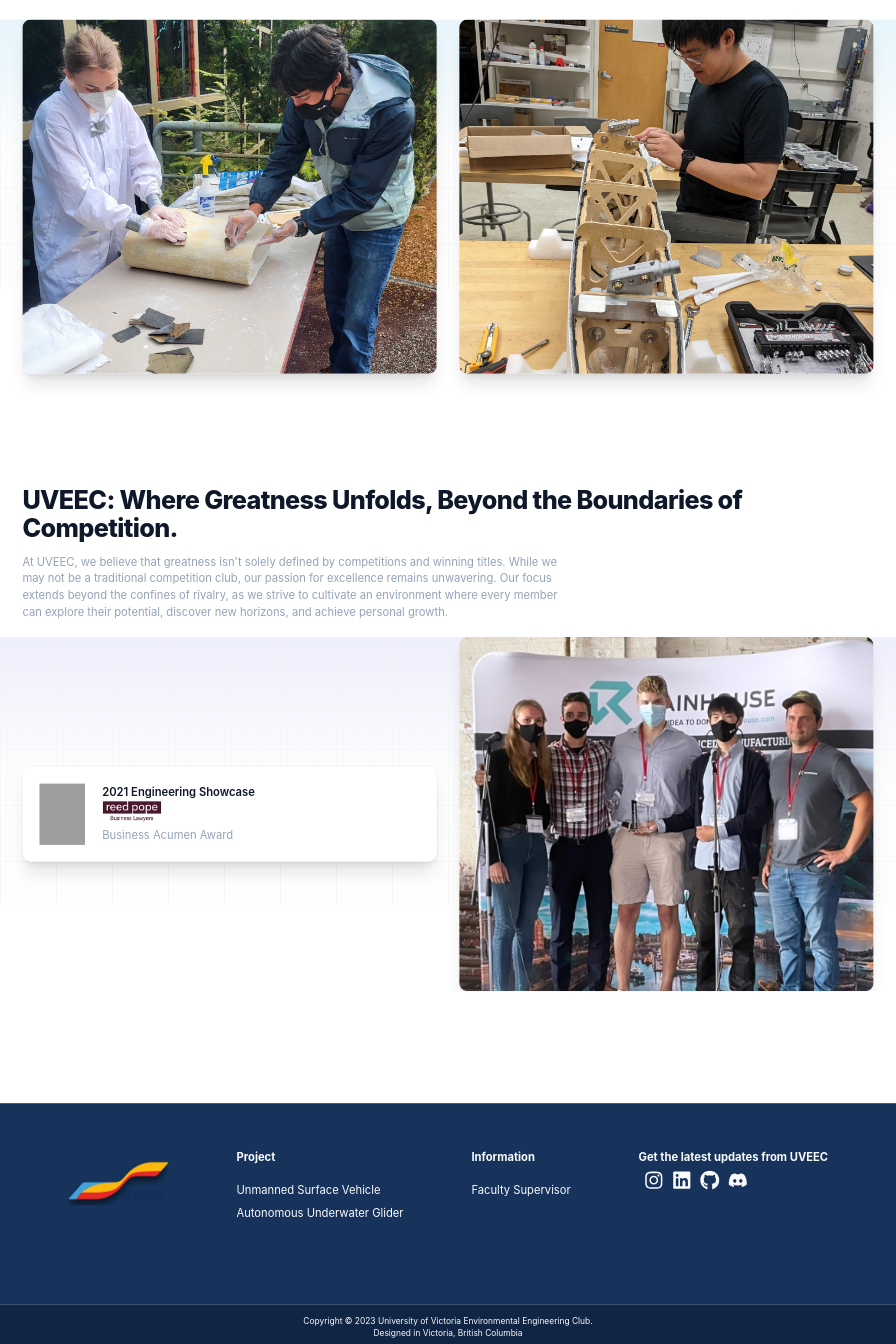
Repository: markaxelus/uveec-website
Page: /
An editor plug-in stored every save of this project. The page is shown before and after the next save, followed by the edit.
The browser window is 1280 px wide. The pictures show the part of the page from y = 1160 to 3080 px (the page is 3080 px tall before and 3064 px after), at 70% of full size.
Pictures or frames that could not be fetched are drawn as grey boxes. The project was rebuilt for these pictures with package versions that can differ from the ones it lists, and the page was loaded fresh each time. The framework's server and built-in components were replaced by stand-ins that run in the browser. Also part of the build but not shown: next.config.js, src/components/molecules/ProfileCard.tsx.

Above is the page before, as saved 2024-06-08 23:08:25.

### pages/index.tsx
import Head from "next/head";
import Link from "next/link";
import Image from "next/image";
import type { NextPage } from "next";
import {
  HeroBanner,
  SponsorMarquee,
} from "../src/components/molecules";
import { BaseLayout } from "../src/Layout/BaseLayout";
import { FaAngleRight } from "react-icons/fa";

const Home: NextPage = () => {
  return (
    <div>
      <Head>
        <title>University of Victoria Environmental Engineering Club</title>
        <link rel="canonical" href="https://uveec.ca" key="canonical" />
        <meta
          name="description"
          content="Our organization's primary purpose is to create out of the box
          engineering solutions to everyday environmental problems in the local
          Capital Regional District of Victoria, British Columbia."
        />
        <meta name="viewport" content="width=device-width, initial-scale=1.0" />
        <meta
          name="keywords"
          content="UVEEC, UVic Environmental Engineering, Environmental Engineering, Environment, Engineering, University of Victoria, Victoria"
        />
        <meta
          property="og:title"
          content="University of Victoria Environmental Engineering Club"
        />
        <meta property="og:url" content="https://uveec.ca" />
        <meta property="og:type" content="website" />
        <link rel="icon" href="/favicon.ico" />
      </Head>
      <BaseLayout>
        <HeroBanner />
        <SponsorMarquee />
        <main>
          <div className="pt-20 mb-20 space-y-20 overflow-hidden sm:pt-32 sm:mb-32 sm:space-y-32 md:pt-40 md:mb-40 md:space-y-40">

            <section id="team">
              <div className="max-w-7xl mx-auto px-4 sm:px-6 md:px-8">
                <p className="mt-4 text-3xl sm:text-4xl text-slate-900 font-extrabold tracking-tight dark:text-slate-50">
                  One of our club&apos;s main goals is to give student hands-on
                  engineering experience outside of their regular class work.
                </p>
                <p className="mt-4 max-w-3xl text-slate-400 space-y-6 ">
                  The flexible nature of our club allows us to focus on one
                  small-scale project of varying scope (6-36 months per
                  project). Our team works to innovate and develop
                  proof-of-concept solutions that can foster innovative
                  solutions to environmental problems.
                </p>
                <Link href="/about" passHref>
                  <a className="group inline-flex items-center h-9 rounded-full text-sm font-semibold whitespace-nowrap px-3 focus:outline-none focus:ring-2 bg-sky-50 text-sky-600 hover:bg-sky-200 hover:text-sky-700 focus:ring-sky-500 dark:bg-slate-700 dark:text-slate-100 dark:hover:bg-slate-600 dark:hover:text-white dark:focus:ring-slate-500 mt-8 md:mb-10">
                    Learn More
                    <FaAngleRight className="overflow-visible ml-3 text-sky-300 group-hover:text-sky-400" />
                  </a>
                </Link>
              </div>
              <div className="relative pt-10 xl:pt-0 mt-10 xl:mt-2">
                <div className="absolute h-96 w-full bg-gradient-to-b from-sky-500 via-slate-100 to-white opacity-10 dark:to-slate-900">
                  <svg
                    width="100%"
                    height="100%"
                    xmlns="http://www.w3.org/2000/svg"
                  >
                    <defs>
                      <pattern
                        id="smallGrid"
                        width="8"
                        height="8"
                        patternUnits="userSpaceOnUse"
                      >
                        <path
                          d="M 8 0 L 0 0 0 8"
                          fill="none"
                          stroke="gray"
                          strokeWidth="0.5"
                        />
                      </pattern>
                      <pattern
                        id="grid"
                        width="80"
                        height="80"
                        patternUnits="userSpaceOnUse"
                      >
                        <rect width="80" height="80" fill="url(#smallGrid)" />
                        <path
                          d="M 80 0 L 0 0 0 80"
                          fill="none"
                          stroke="gray"
                          strokeWidth="1"
                        />
                      </pattern>
                    </defs>

                    <rect width="100%" height="100%" fill="url(#grid)" />
                  </svg>
                </div>
                <div className="max-w-7xl mx-auto px-4 sm:px-6 md:px-8 lg:grid lg:grid-cols-12 lg:gap-8">
                  {/*<div className="lg:col-span-5 xl:col-span-6 flex flex-col">
                    <div className="relative z-10 bg-white ring-1 ring-slate-900/5 rounded-lg shadow-xl px-6 py-5 my-auto xl:mt-18 dark:bg-slate-800">
                      <div className="absolute inset-x-0 inset-y-5 border-t border-b border-slate-100 pointer-events-none dark:border-slate-700" />
                      <div className="absolute inset-x-6 inset-y-0 border-l border-r border-slate-100 pointer-events-none dark:border-slate-700" />
                      <div className="bg-slate-50 overflow-hidden py-6 sm:py-9 lg:py-6 xl:py-9 px-6 dark:bg-slate-900/50">
                        <div className="relative h-96">
                          <Image
                            layout="fill"
                            src="/images/manufacturing2.jpg"
                            className="object-cover"
                            alt={""}
                            decoding="async"
                            priority
                          />
                        </div>
                      </div>
                    </div>
                  </div>*/}
                  <div className="mt-4 -mx-4 sm:mx-0 space-y-4 lg:mt-0 lg:col-span-7 xl:col-span-6">
                    <div className="relative overflow-hidden shadow-xl flex h-[31.625rem] max-h-[60vh] sm:max-h-[none] sm:rounded-xl lg:h-[34.6875rem] xl:h-[31.625rem]">
                      <Image
                        layout="fill"
                        src="/images/manufacturing2.jpg"
                        className="object-cover"
                        alt={""}
                        decoding="async"
                        priority
                      />
                    </div>
                  </div>
                  <div className="mt-4 -mx-4 sm:mx-0 space-y-4 lg:mt-0 lg:col-span-7 xl:col-span-6">
                    <div className="relative overflow-hidden shadow-xl flex h-[31.625rem] max-h-[60vh] sm:max-h-[none] sm:rounded-xl lg:h-[34.6875rem] xl:h-[31.625rem]">
                      <Image
                        layout="fill"
                        src="/images/manufacturing1.jpg"
                        className="object-cover"
                        alt={""}
                        decoding="async"
                        priority
                      />
                    </div>
                  </div>
                </div>
              </div>
            </section>

            <section id="awards">
              <div className="max-w-7xl mx-auto px-4 sm:px-6 md:px-8">
              <p className="mt-4 text-3xl sm:text-4xl text-slate-900 font-extrabold tracking-tight dark:text-slate-50">
              UVEEC: Where Greatness Unfolds, Beyond the Boundaries of Competition.
                </p>
                <p className="mt-4 pb-4 max-w-3xl text-slate-400 space-y-6 ">
                At UVEEC, we believe that greatness isn&apos;t solely defined by competitions and winning titles. While we may not be a traditional competition club, our passion for excellence remains unwavering. Our focus extends beyond the confines of rivalry, as we strive to cultivate an environment where every member can explore their potential, discover new horizons, and achieve personal growth.
                </p>
              </div>
              <div className="relative pt-10 xl:pt-0 mt-10 xl:mt-2">
                <div className="absolute h-96 w-full bg-gradient-to-b via-slate-100 from-indigo-500 to-white opacity-10 dark:to-slate-900">
                  <svg
                    width="100%"
                    height="100%"
                    xmlns="http://www.w3.org/2000/svg"
                  >
                    <defs>
                      <pattern
                        id="smallGrid"
                        width="8"
                        height="8"
                        patternUnits="userSpaceOnUse"
                      >
                        <path
                          d="M 8 0 L 0 0 0 8"
                          fill="none"
                          stroke="gray"
                          strokeWidth="0.5"
                        />
                      </pattern>
                      <pattern
                        id="grid"
                        width="80"
                        height="80"
                        patternUnits="userSpaceOnUse"
                      >
                        <rect width="80" height="80" fill="url(#smallGrid)" />
                        <path
                          d="M 80 0 L 0 0 0 80"
                          fill="none"
                          stroke="gray"
                          strokeWidth="1"
                        />
                      </pattern>
                    </defs>

                    <rect width="100%" height="100%" fill="url(#grid)" />
                  </svg>
                </div>
                <div className="max-w-7xl mx-auto px-4 sm:px-6 md:px-8 lg:grid lg:grid-cols-12 lg:gap-8">
                  <div className="lg:col-span-5 xl:col-span-6 flex flex-col">
                    <div className="relative z-10 bg-white rounded-xl shadow-xl ring-1 ring-slate-900/5 divide-y divide-slate-100 my-auto xl:mt-18 dark:bg-slate-800 dark:divide-slate-200/5 dark:highlight-white/10">
                      <div className="p-4 sm:p-6 lg:p-4 xl:p-6 space-x-4 items-start sm:space-x-6 lg:space-x-4 xl:space-x-6 flex">
                        <Image
                          src="/images/award.png"
                          height={88}
                          width={66}
                          alt={""}
                          decoding="async"
                          priority
                        />
                        <div className="min-w-0 relative flex-auto">
                          <h2 className="font-semibold text-slate-900 truncate sm:pr-20 dark:text-slate-100">
                            2021 Engineering Showcase
                          </h2>
                          <div className="dark:hidden">
                            <Image
                              height={32}
                              width={85}
                              src="/images/reedpope.png"
                              alt={""}
                              decoding="async"
                              priority
                            />
                          </div>
                          <div className="hidden dark:flex">
                            <Image
                              height={32}
                              width={85}
                              src="/images/reedpope-dark.png"
                              alt={""}
                              decoding="async"
                              priority
                            />
                          </div>
                          <p className="text-slate-400 ">
                            Business Acumen Award
                          </p>
                        </div>
                      </div>
                    </div>
                  </div>
                  <div className="mt-4 -mx-4 sm:mx-0 lg:mt-0 lg:col-span-7 xl:col-span-6">
                    <div className="relative overflow-hidden shadow-xl flex h-[31.625rem] max-h-[60vh] sm:max-h-[none] sm:rounded-xl lg:h-[34.6875rem] xl:h-[31.625rem]">
                      <Image
                        layout="fill"
                        src="/images/awarding.jpg"
                        className="object-cover"
                        alt={""}
                        decoding="async"
                        priority
                      />
                    </div>
                  </div>
                </div>
              </div>
            </section>
          </div>
        </main>
      </BaseLayout>
    </div>
  );
};

export default Home;

### styles/globals.css
@tailwind base;
@tailwind components;
@tailwind utilities;

html,
body {
  padding: 0;
  margin: 0;
  font-family: -apple-system, BlinkMacSystemFont, Segoe UI, Roboto, Oxygen,
    Ubuntu, Cantarell, Fira Sans, Droid Sans, Helvetica Neue, sans-serif;
}

a {
  color: inherit;
  text-decoration: none;
}

* {
  box-sizing: border-box;
}

.right-arrow {
  position: absolute;
  top: 50%;
  right: 0px;
  font-size: 3rem;
  color: #000;
  z-index: 10;
  cursor: pointer;
  user-select: none;
}

.left-arrow {
  position: absolute;
  top: 50%;
  left: 0px;
  font-size: 3rem;
  color: #000;
  z-index: 10;
  cursor: pointer;
  user-select: none;
}

.slide {
  opacity: 0;
  transition-duration: 1s ease;
}

.slide.active {
  opacity: 1;
  transition-duration: 1s;
  transform: scale(1.08);
}

@media (prefers-color-scheme: dark) {
  html {
    color-scheme: dark;
  }
  body {
    color: #f8fafc;
    background: #0f172a;
  }
}

### src/components/molecules/index.tsx
export { NavBar } from "./NavBar";
export { SponsorMarquee } from "./SponsorMarquee";
export { HeroBanner } from "./HeroBanner";
export { Menu } from "./Menu";
export { ProfileCard } from "./ProfileCard";

### src/Layout/BaseLayout.tsx
import React, { PropsWithChildren } from "react";
import { Footer, Header } from "../components/organisms";

interface BaseLayoutProps {}

export const BaseLayout = ({
  children,
}: PropsWithChildren<BaseLayoutProps>) => {
  return (
    <div>
      <Header />
      {children}
      <Footer />
    </div>
  );
};

### src/components/molecules/NavBar.tsx
import React from "react";
import { NavLink } from "../atoms";

export const NavBar = () => {
  return (
    <div className="z-50 flex flex-row items-center space-x-4">
      <NavLink name="Home" link="/" />
      <NavLink name="About" link="/about" />
      <NavLink name="Projects" link="/projects" />
      <NavLink name="Sponsors" link="/sponsors" />
      <NavLink name="Contact" link="/contact" />
    </div>
  );
};

### src/components/molecules/SponsorMarquee.tsx
import Marquee from "react-fast-marquee";
import { Logo } from "../atoms";
import { SponsorMap } from "../../constants";

export const SponsorMarquee = () => {
  return (
    <Marquee direction="right" speed={80} gradient={false}>
      <div className="flex flex-row items-center justify-evenly space-x-24 space-y-4 mr-24">
        {SponsorMap.map((card, i) => (
          <div
            key={i}
          >
            <Logo
              src={card.img}
              className="h-12 w-56 dark:hidden"
              classNameImage="object-contain"
            />
          </div>
        ))}
      </div>
    </Marquee>
  );
};

### src/components/molecules/Menu.tsx
import React, {useState} from "react";
import { NavLink } from "../atoms";

import { BiMenu, BiX } from 'react-icons/bi'

export const Menu = () => {
    const [toggle, setToggle] = useState(false)
  return (
    <div className="fixed left-0 top-0 w-full z-10 ease-in duration-300">
        <div className="w-full max-w-[1240px] m-auto flex justify-between items-center p-4">
            <div onClick={() => setToggle(!toggle)} className="block z-10 text-3xl absolute right-2 top-5 cursor-pointer md:hidden">
            {toggle ? <BiX size={30} className="fill-white"/> : <BiMenu size={30} className="fill-white" /> }
            </div>
                <ul className={`flex flex-col items-center py-8 md:flex md:items-center absolute bg-[#102543] left-0 w-full md:pl-0 transition-all duration-500 ease in ${toggle ? 'top-16' : 'top-[-490px]'}`}>
                    <li className="p-3 text-4xl">
                        <NavLink name="Home" link="/" />
                    </li>
                    <li className="p-3 text-4xl">
                        <NavLink name="About" link="/about" />
                    </li>
                    <li className="p-3 text-4xl">
                        <NavLink name="Projects" link="/projects" />
                    </li>
                    <li className="p-3 text-4xl">
                        <NavLink name="Sponsors" link="/sponsors" />
                    </li>
                    <li className="p-3 text-4xl">
                        <NavLink name="Contact" link="/contact" />
                    </li>
                </ul>
        </div>
    </div>
  );
};

### src/components/atoms/index.tsx
export { NavLink } from "./NavLink";
export { Logo } from "./Logo";

### src/components/organisms/Header.tsx
import Link from "next/link";
import Image from "next/image";
import { NavBar } from "../molecules";
import { Menu } from "../molecules";

export const Header = () => {
  return (
    <div className="sticky top-0 z-50 flex flex-row items-center justify-between h-16 w-full px-4 py-2 shadow-2xl bg-royalBlue">
      <Link href="/" passHref>
        <a className="relative h-10 w-28 hover:cursor-pointer">
          <Image
            layout="fill"
            src="/images/uveec.png"
            alt={""}
            decoding="async"
            priority
          />
        </a>
      </Link>
      <div className="hidden md:block">
        <NavBar />
      </div>
      <div className="md:hidden">
        <Menu />
      </div>
    </div>
  );
};

### src/components/atoms/NavLink.tsx
import classNames from "classnames";
import { useRouter } from "next/router";
import { useMemo } from "react";

interface NavLinkProps {
  link: string;
  name: string;
}

export const NavLink = ({ link, name }: NavLinkProps) => {
  const { asPath } = useRouter();

  const isHighlighted = useMemo(() => {
    if (asPath === "/" && name === "Home") return true;
    return asPath.replace("/", "") === name.replace("/", "").toLowerCase();
  }, [asPath, name]);

  return (
    <a
      href={link}
      className={classNames(
        isHighlighted ? "text-orange" : "text-slate-50",
        "text-lg"
      )}
    >
      {name}
    </a>
  );
};

### src/components/atoms/Logo.tsx
import Image from "next/image";
import classNames from "classnames";

interface BaseLogoProps {
  src: string;
  className?: string;
  classNameImage?: string;
}

// Logo is used for building Marquee.
// className is to style div container of image.
// classNameImage is to style image itself. object-contain is used for SponsorMarquee. object-cover is used for IndexMarquee.

export const Logo = ({ src, className, classNameImage }: BaseLogoProps) => {
  return (
    <div className={classNames(className, "relative")}>
      <Image
        layout="fill"
        src={`${src}`}
        alt={""}
        decoding="async"
        className={classNameImage}
        priority
      />
    </div>
  );
};

Loaded but not shown: pages/_app.tsx (common file); src/components/organisms/index.tsx (common file); tailwind.config.js (18 lines, source omitted); src/constants.ts (282 lines, source omitted); src/components/organisms/Footer.tsx (98 lines, source omitted); src/components/molecules/HeroBanner.tsx (83 lines, source omitted)

After the next save:
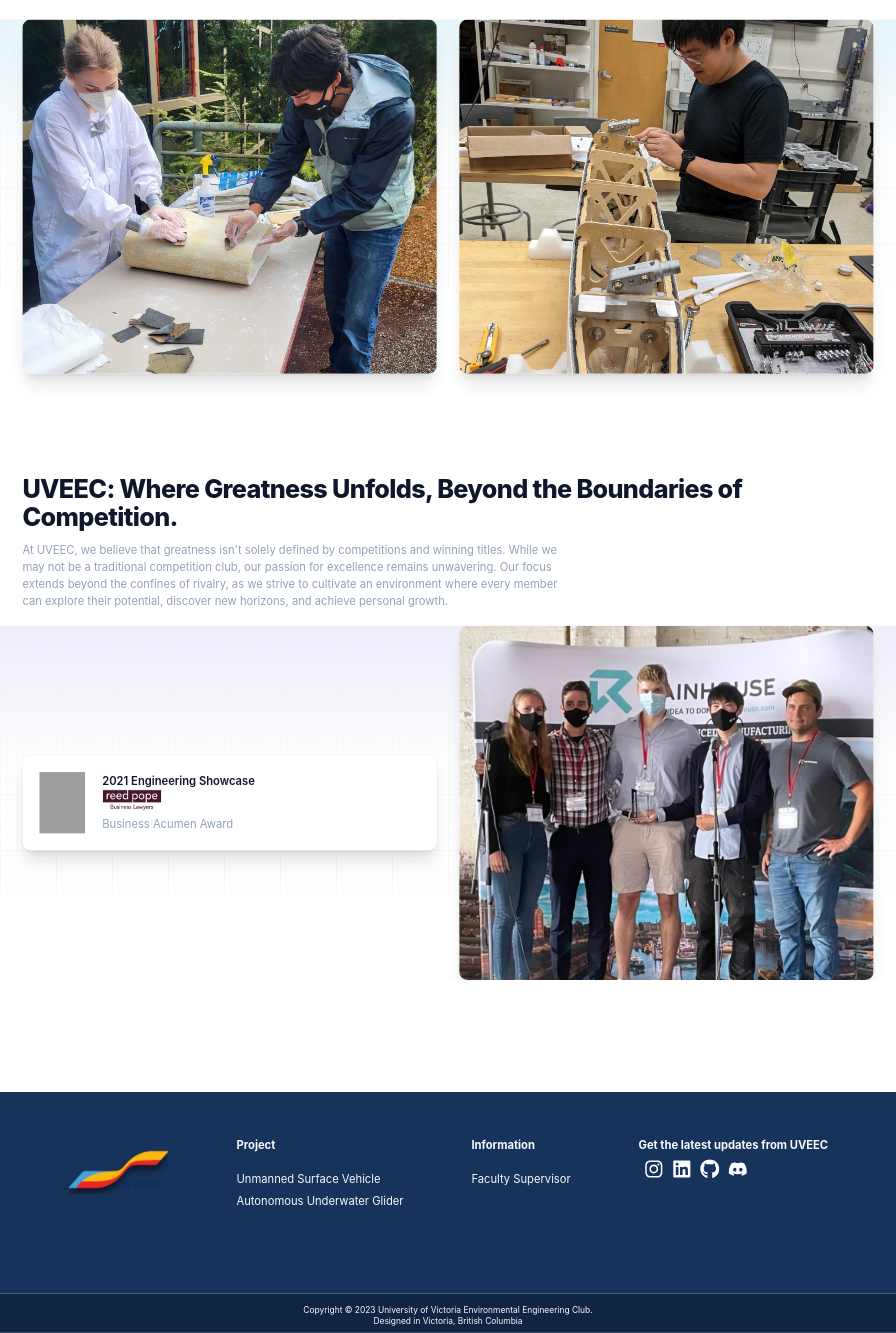
Saved 2 min 42 s later.
--- a/pages/index.tsx
+++ b/pages/index.tsx
@@ -119,7 +119,7 @@
                       </div>
                     </div>
                   </div>*/}
-                  <div className="mt-4 -mx-4 sm:mx-0 space-y-4 lg:mt-0 lg:col-span-7 xl:col-span-6">
+                  <div className="mt-4 -mx-4 -my-4 sm:mx-0 lg:mt-0 lg:col-span-7 xl:col-span-6">
                     <div className="relative overflow-hidden shadow-xl flex h-[31.625rem] max-h-[60vh] sm:max-h-[none] sm:rounded-xl lg:h-[34.6875rem] xl:h-[31.625rem]">
                       <Image
                         layout="fill"
@@ -131,7 +131,7 @@
                       />
                     </div>
                   </div>
-                  <div className="mt-4 -mx-4 sm:mx-0 space-y-4 lg:mt-0 lg:col-span-7 xl:col-span-6">
+                  <div className="mt-4 -mx-4 -my-4 sm:mx-0 lg:mt-0 lg:col-span-7 xl:col-span-6">
                     <div className="relative overflow-hidden shadow-xl flex h-[31.625rem] max-h-[60vh] sm:max-h-[none] sm:rounded-xl lg:h-[34.6875rem] xl:h-[31.625rem]">
                       <Image
                         layout="fill"
